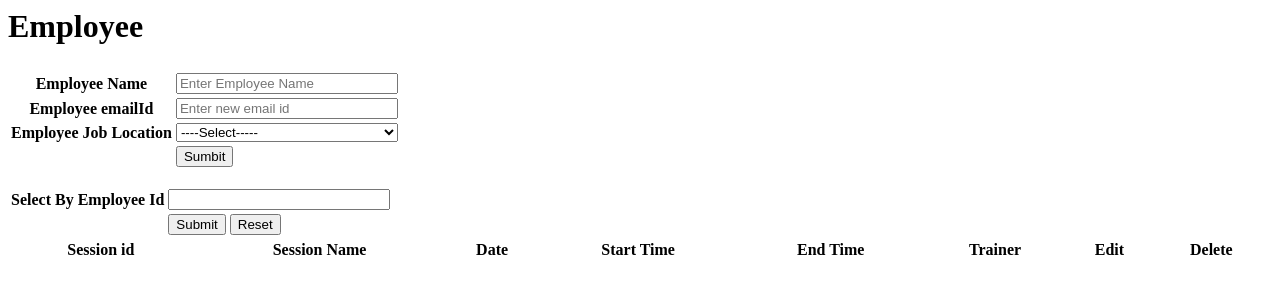
Repository: Dipak27/Dipak-s-front-end
Page: http://localhost/Traning_Management/employeecreate.jsp
The author's editor kept a copy of each file at every save. The page is drawn from the files as they stood at one save, then again after the next save.
The browser window is 1280 px wide. The pictures show the whole page.
The page is served by Tomcat 9. Other server files are loaded and not shown.

Above is the page before, as saved 2016-11-10 04:35:37.

### Training Management Project/Traning_Management/src/main/webapp/employeecreate.jsp
	<!-- CONTENTS START -->

		<div class="container_24">
			<div class="grid_24">

				<div class="contents">

					<div class="padding_20">
						<h1>Employee</h1>
					</div>
						<div class="grid_6 alpha">

								<div class="padding_20 text-justify" ng-controller="" >
									<form ng-submit="myMethod()">
									<table class="form-table" style="width:auto">


                        					<tr>
                        						<td><input type="hidden" ng-model="employee.empId"></td>
                        					</tr>
                        					<tr>
												<th>
														Employee Name
												</th>
												<td>
													<input id="employeename" type="text"  class="validate[required]" ng-model="employee.empName" style="width:120%" placeholder="Enter Employee Name" value=""  />
												</td>

											</tr>

												<tr>
												<th>
														Employee emailId
												</th>
												<td>
													<input id="employeeemail" type="text"  class="validate[required]" ng-model="employee.empEmailId" style="width:120%" placeholder="Enter new email id" value=""  />
												</td>

											</tr>

										<tr>
											<th>
												Employee Job Location
											</th>
											<td>
												<select id="select1"  class="validate[required]" ng-model="employee.empLocation" style="width:120%"  >
													<option value="null">----Select-----</option>
                                        			<option value="pune">Pune</option>
                                        			<option value="hyderabad">Hyderabad</option>
                                        			<option value="gandhinagar">Gandinagar</option>

												</select>
											</td>
										</tr>

										<tr>
											<th>
												&nbsp;
											</th>
											<td>
												<input id="Submit1" type="submit" value="Sumbit"  />
											</td>
										</tr>

									</table>
								</form>
							</div>

						</div>

						<div class="grid_28 omega">

							<div class="padding_20 text-justify" ng-controller="">
								<form id="frmMain"  class="frmMain" action="#" method="post">
									<table class="form-table" style="width:auto">

											<tr>
												<th>
													Select By Employee Id
												</th>
												<td><input type="text" class="validate[required]" name="title" style="width:120%" value=""></td>

											</tr>

										<tr>
											<th>
												&nbsp;
											</th>
											<td>
												<input id= "Submit1" type="submit" value="Submit"/>
												<input id="Reset1" type="reset" value="Reset" onclick="this.form.clear();" />
										</td>
										</tr>


												<table border='0' width='100%' class='table11'>
												<tr>
														<th>Session id</th>
														<th>Session Name</th>
														<th>Date</th>
														<th>Start Time</th>
														<th>End Time</th>
														<th>Trainer</th>
														<th>Edit</th>
														<th>Delete</th>

												</tr>


													<tr>

														<td></td>
														<td></td>
														<td></td>
														<td></td>
														<td></td>
														<td></td>
														<td></td>
														<td></td>


														</tr>

												     </table>

												<script type='text/javascript'>alert('Records Not Found')</script>

									</table>
								</form>
							</div>

						</div>


					<div class="clear"></div>
				</div>
			</div>
		</div>
		<div class="clear"> </div>

		<!-- CONTENTS END -->

After the next save:
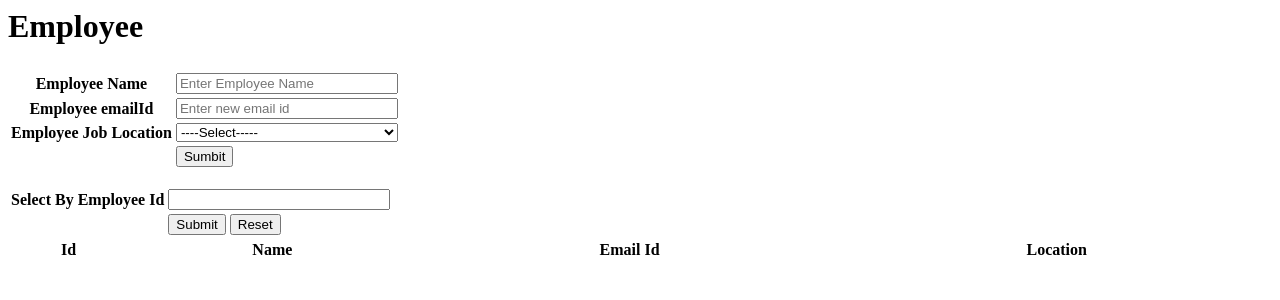
Saved 57 s later.
--- a/Training Management Project/Traning_Management/src/main/webapp/employeecreate.jsp
+++ b/Training Management Project/Traning_Management/src/main/webapp/employeecreate.jsp
@@ -95,14 +95,11 @@
 
 												<table border='0' width='100%' class='table11'>
 												<tr>
-														<th>Session id</th>
-														<th>Session Name</th>
-														<th>Date</th>
-														<th>Start Time</th>
-														<th>End Time</th>
-														<th>Trainer</th>
-														<th>Edit</th>
-														<th>Delete</th>
+														<th> Id</th>
+														<th> Name</th>
+														<th>Email Id</th>
+														<th>Location</th>
+
 
 												</tr>
 
@@ -113,10 +110,7 @@
 														<td></td>
 														<td></td>
 														<td></td>
-														<td></td>
-														<td></td>
-														<td></td>
-														<td></td>
+
 
 
 														</tr>
